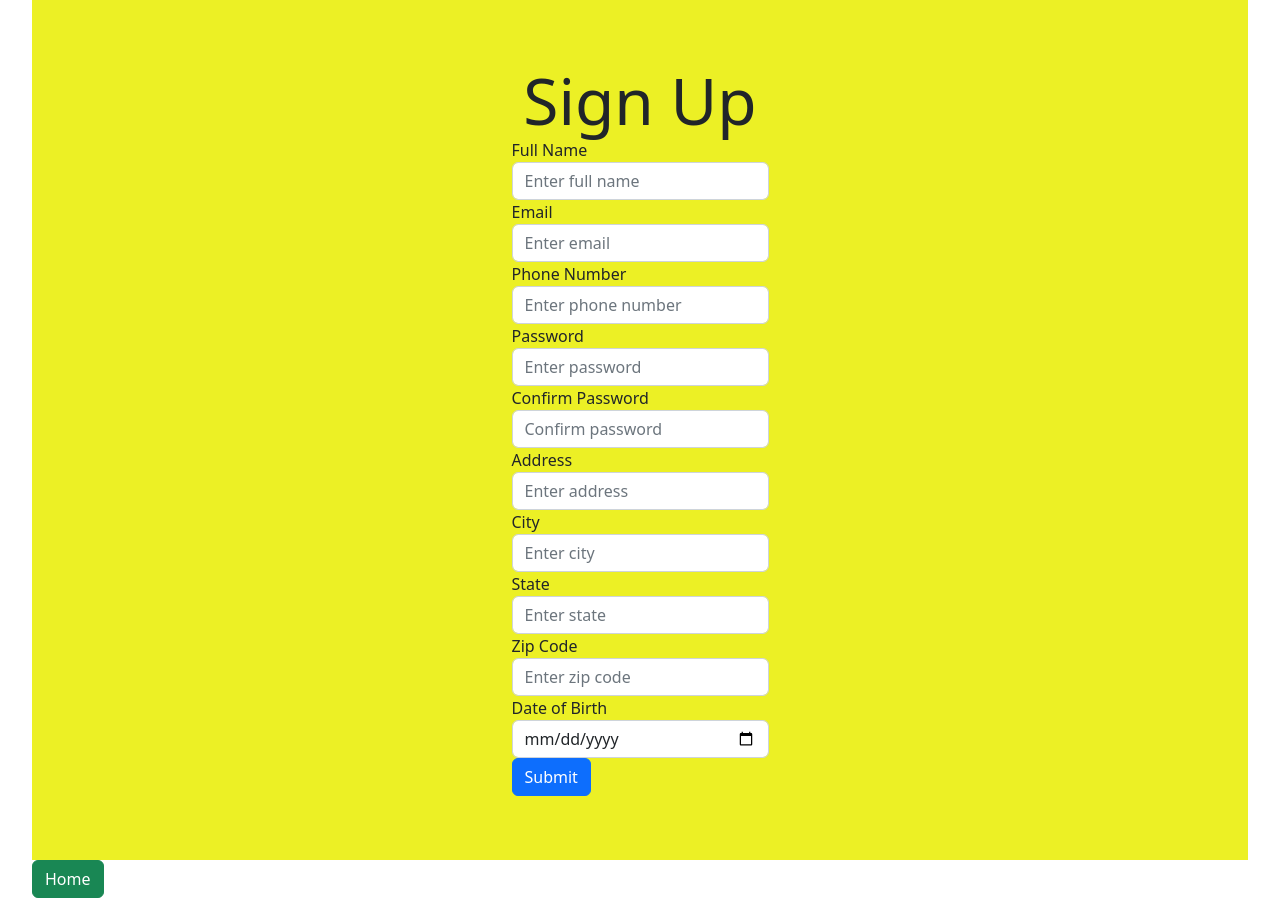
Repository: collegedude9300/zenschool
Page: /SignUp
These files come from the project's save history. The page is drawn as it stood at one moment and after the next save; the edit follows.
The browser window is 1280 px wide. The pictures show the whole page.
The project was rebuilt for these pictures with package versions that can differ from the ones it lists, and the page was loaded fresh each time. The framework's server and built-in components were replaced by stand-ins that run in the browser. Also part of the build but not shown: next.config.js.

Above is the page before, as saved 2022-11-08 14:00:06.

### pages/SignUp.js
import Head from 'next/head'
import Image from 'next/image'
import styles from '../styles/Home.module.css'
import { useState, useEffect } from 'react';
import 'bootstrap/dist/css/bootstrap.css'
import Link from 'next/link';
export default function SignUp()
{
//validate Password
const validatePassword = (password) => {
  const re = /^(?=.*[a-z])(?=.*[A-Z])(?=.*\d)[a-zA-Z\d]{8,}$/;
  return re.test(String(password));
}
//validate Email
const validateEmail = (email) => {
  const re = /^(([^<>()[\]\\.,;:\s@"]+(\.[^<>()[\]\\.,;:\s@"]+)*)|(".+"))@((\[[0-1]\d{1,2}\.[0-1]\d{1,2}\.[0-1]\d{1,2}\.[0-1]\d{1,2}\])|(([a-zA-Z\-0-9]+\.)+[a-zA-Z]{2,}))$/;
  return re.test(String(email).toLowerCase());
}
//validate  Name
const validateName = (name) => {
  const re = /^[A-Z][a-z]+(\s|,)[A-Z][a-z]{1,19}$/;
  return re.test(String(name));
}
//validate Phone Number
const validatePhoneNumber = (phoneNumber) => {
  const re = /^\d{10}$/;
  return re.test(String(phoneNumber));
}
//validate Address
const validateAddress = (address) => {
  const re = /^[0-9a-zA-Z\s,.'-]{3,}$/;
  return re.test(String(address));
}
//validate City
const validateCity = (city) => {
  const re = /^[a-zA-Z\s,.'-]{3,}$/;
  return re.test(String(city));
}
//validate State
const validateState = (state) => {
  const re = /^[a-zA-Z\s,.'-]{3,}$/;
  return re.test(String(state));
}
//validate Zip Code
const validateZipCode = (zipCode) => {
  const re = /^\d{5}$/;
  return re.test(String(zipCode));
}
//validate Date of Birth
const validateDateOfBirth = (dateOfBirth) => {
  const re = /^\d{4}-\d{2}-\d{2}$/;
  return re.test(String(dateOfBirth));
}
//check to see if the email is valid
const handleSubmit = (e) => {
  e.preventDefault();
  const email = document.getElementById("email").value;
  const name = document.getElementById("name").value;
  const phoneNumber = document.getElementById("phoneNumber").value;
  const address = document.getElementById("address").value;
  const city = document.getElementById("city").value;
  const state = document.getElementById("state").value;
  const zipCode = document.getElementById("zipCode").value;
  const dateOfBirth = document.getElementById("dateOfBirth").value;
  const password = document.getElementById("password").value;
  const confirmPassword = document.getElementById("confirmPassword").value;
  if (validateEmail(email) && validateName(name) && validatePhoneNumber(phoneNumber) && validateAddress(address) && validateCity(city) && validateState(state) && validateZipCode(zipCode)  && validateDateOfBirth(dateOfBirth) && validatePassword(password) && password === confirmPassword) {
    document.getElementById("email").value = "";
    document.getElementById("name").value = "";
    document.getElementById("phoneNumber").value = "";
    document.getElementById("address").value = "";
    document.getElementById("city").value = "";
    document.getElementById("state").value = "";
    document.getElementById("zipCode").value = "";
    document.getElementById("dateOfBirth").value = "";
    document.getElementById("password").value = "";
    document.getElementById("confirmPassword").value = "";
    alert("Thank you for signing up!");
  }
  else if (!validateName(name)) {
    alert("Please enter a valid name");
  }
  else if (!validateEmail(email)) {
    alert("Please enter a valid email");
  }
  else if (!validatePhoneNumber(phoneNumber)) {
    alert("Please enter a valid phone number");
  }
  else if (!validatePassword(password)) {
    alert("Please enter a valid password. It must contain a capital letter, and a number");
  }
  else if (password !== confirmPassword) {
    alert("Passwords do not match");
  }
  else if (!validateAddress(address)) {
    alert("Please enter a valid address");
  }
  else if (!validateCity(city)) {
    alert("Please enter a valid city");
  }
  else if (!validateState(state)) {
    alert("Please enter a valid state");
  }
  else if (!validateZipCode(zipCode)) {
    alert("Please enter a valid zip code");
  }
  else if (!validateCountry(country)) {
    alert("Please enter a valid country");
  }
  else if (!validateDateOfBirth(dateOfBirth)) {
    alert("Please enter a valid date of birth");
  }
  else {
    alert("Error");
  }
}
return (
  <div className={styles.container}>
    <Head>
      <title>Sign Up</title>
      <meta name="description" content="Generated by create next app" />
      <link rel="icon" href="/favicon.ico" />
    </Head>
    <main className={styles.main}>
      <h1 className={styles.title}>
        Sign Up
      </h1>
      <form onSubmit={handleSubmit}>
        <div className="form-group">
          <label htmlFor="name">Full Name</label>
          <input type="text" className="form-control" id="name" placeholder="Enter full name" required/>
        </div>
        <div className="form-group">
          <label htmlFor="email">Email</label>
          <input type="email" className="form-control" id="email" placeholder="Enter email" required/>
        </div>
        <div className="form-group">
          <label htmlFor="phoneNumber">Phone Number</label>
          <input type="tel" className="form-control" id="phoneNumber" placeholder="Enter phone number" required/>
        </div>
        <div className="form-group">
          <label htmlFor="password">Password</label>
          <input type="password" className="form-control" id="password" placeholder="Enter password" required/>
        </div>
        <div className="form-group">
          <label htmlFor="confirmPassword">Confirm Password</label>
          <input type="password" className="form-control" id="confirmPassword" placeholder="Confirm password" required/>
        </div>
        <div className="form-group">
          <label htmlFor="address">Address</label>
          <input type="text" className="form-control" id="address" placeholder="Enter address" required/>
        </div>
        <div className="form-group">
          <label htmlFor="city">City</label>
          <input type="text" className="form-control" id="city" placeholder="Enter city" required/>
        </div>
        <div className="form-group">
          <label htmlFor="state">State</label>
          <input type="text" className="form-control" id="state" placeholder="Enter state" required/>
        </div>
        <div className="form-group">
          <label htmlFor="zipCode">Zip Code</label>
          <input type="text" className="form-control" id="zipCode" placeholder="Enter zip code" required/>
        </div>
        <div className="form-group">
          <label htmlFor="dateOfBirth">Date of Birth</label>
          <input type="date" className="form-control" id="dateOfBirth" placeholder="Enter date of birth" required/>
        </div>
        <button type="submit" className="btn btn-primary">Submit</button>
      </form>
    </main>
      <Link legacyBehavior href="/">
        <a className="btn btn-success">Home</a>
        </Link>
  </div>
)}

### styles/Home.module.css
.container {
  padding: 0 2rem;
}
.main {
  min-height: 100vh;
  padding: 4rem 0;
  flex: 1;
  display: flex;
  flex-direction: column;
  justify-content: center;
  align-items: center;
  background-color: #ecf025;
}
.classpage {
  min-height: 100vh;
  padding: 4rem 0;
  flex: 1;
  display: flex;
  flex-direction: column;
  justify-content: center;
  align-items: center;
  background-color: #67ff02;
}
.gened {
  min-height: 100vh;
  padding: 4rem 0;
  flex: 1;
  display: flex;
  flex-direction: column;
  justify-content: center;
  align-items: center;
  background-color: #18e6db;
}
.login {
  min-height: 100vh;
  padding: 4rem 0;
  flex: 1;
  display: flex;
  flex-direction: column;
  justify-content: center;
  align-items: center;
  background-color: #ffc400;
}
.footer {
  display: flex;
  flex: 1;
  padding: 2rem 0;
  border-top: 1px solid #eaeaea;
  justify-content: center;
  align-items: center;
}

.footer a {
  display: flex;
  justify-content: center;
  align-items: center;
  flex-grow: 1;
}

.title a {
  color: #0070f3;
  text-decoration: none;
}

.title a:hover,
.title a:focus,
.title a:active {
  text-decoration: underline;
}

.title {
  margin: 0;
  line-height: 1.15;
  font-size: 4rem;
}

.title,
.description {
  text-align: center;
}

.description {
  margin: 4rem 0;
  line-height: 1.5;
  font-size: 1.5rem;
}

.code {
  background: #fafafa;
  border-radius: 5px;
  padding: 0.75rem;
  font-size: 1.1rem;
  font-family: Menlo, Monaco, Lucida Console, Liberation Mono, DejaVu Sans Mono,
    Bitstream Vera Sans Mono, Courier New, monospace;
}

.grid {
  display: flex;
  align-items: center;
  justify-content: center;
  flex-wrap: wrap;
  max-width: 800px;
}

.card {
  margin: 1rem;
  padding: 1.5rem;
  text-align: left;
  color: inherit;
  text-decoration: none;
  border: 1px solid #eaeaea;
  border-radius: 10px;
  transition: color 0.15s ease, border-color 0.15s ease;
  max-width: 300px;
}

.card:hover,
.card:focus,
.card:active {
  color: #0070f3;
  border-color: #0070f3;
}

.card h2 {
  margin: 0 0 1rem 0;
  font-size: 1.5rem;
}

.card p {
  margin: 0;
  font-size: 1.25rem;
  line-height: 1.5;
}

.logo {
  height: 1em;
  margin-left: 0.5rem;
}

@media (max-width: 600px) {
  .grid {
    width: 100%;
    flex-direction: column;
  }
}

@media (prefers-color-scheme: dark) {
  .card,
  .footer {
    border-color: #222;
  }
  .code {
    background: #111;
  }
  .logo img {
    filter: invert(1);
  }
}

Loaded but not shown: pages/_app.js (common file); styles/globals.css (common file)

After the next save:
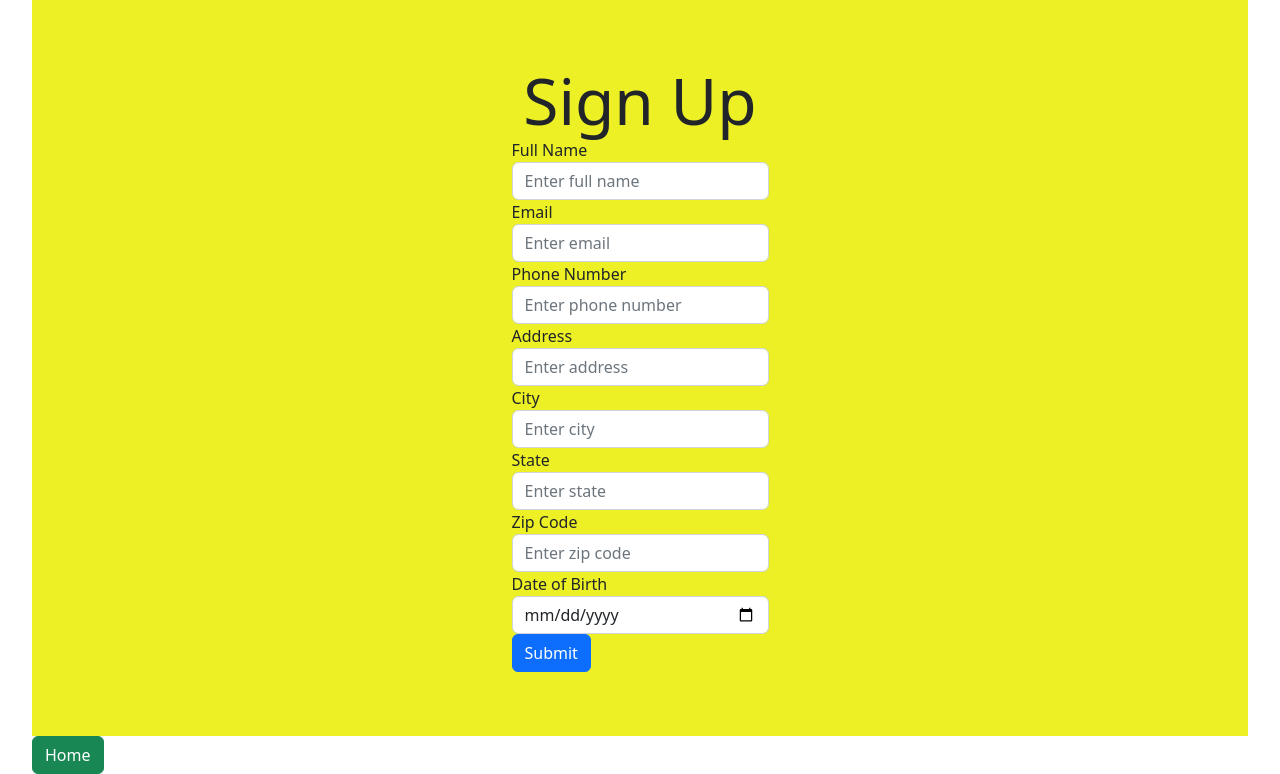
Saved 4 min 27 s later.
--- a/pages/SignUp.js
+++ b/pages/SignUp.js
@@ -6,17 +6,12 @@ import 'bootstrap/dist/css/bootstrap.css'
 import Link from 'next/link';
 export default function SignUp()
 {
-//validate Password
-const validatePassword = (password) => {
-  const re = /^(?=.*[a-z])(?=.*[A-Z])(?=.*\d)[a-zA-Z\d]{8,}$/;
-  return re.test(String(password));
-}
 //validate Email
 const validateEmail = (email) => {
   const re = /^(([^<>()[\]\\.,;:\s@"]+(\.[^<>()[\]\\.,;:\s@"]+)*)|(".+"))@((\[[0-1]\d{1,2}\.[0-1]\d{1,2}\.[0-1]\d{1,2}\.[0-1]\d{1,2}\])|(([a-zA-Z\-0-9]+\.)+[a-zA-Z]{2,}))$/;
   return re.test(String(email).toLowerCase());
 }
-//validate  Name
+//validate First Name
 const validateName = (name) => {
   const re = /^[A-Z][a-z]+(\s|,)[A-Z][a-z]{1,19}$/;
   return re.test(String(name));
@@ -62,9 +57,7 @@ const handleSubmit = (e) => {
   const state = document.getElementById("state").value;
   const zipCode = document.getElementById("zipCode").value;
   const dateOfBirth = document.getElementById("dateOfBirth").value;
-  const password = document.getElementById("password").value;
-  const confirmPassword = document.getElementById("confirmPassword").value;
-  if (validateEmail(email) && validateName(name) && validatePhoneNumber(phoneNumber) && validateAddress(address) && validateCity(city) && validateState(state) && validateZipCode(zipCode)  && validateDateOfBirth(dateOfBirth) && validatePassword(password) && password === confirmPassword) {
+  if (validateEmail(email) && validateName(name) && validatePhoneNumber(phoneNumber) && validateAddress(address) && validateCity(city) && validateState(state) && validateZipCode(zipCode)  && validateDateOfBirth(dateOfBirth)) {
     document.getElementById("email").value = "";
     document.getElementById("name").value = "";
     document.getElementById("phoneNumber").value = "";
@@ -73,8 +66,6 @@ const handleSubmit = (e) => {
     document.getElementById("state").value = "";
     document.getElementById("zipCode").value = "";
     document.getElementById("dateOfBirth").value = "";
-    document.getElementById("password").value = "";
-    document.getElementById("confirmPassword").value = "";
     alert("Thank you for signing up!");
   }
   else if (!validateName(name)) {
@@ -85,12 +76,6 @@ const handleSubmit = (e) => {
   }
   else if (!validatePhoneNumber(phoneNumber)) {
     alert("Please enter a valid phone number");
-  }
-  else if (!validatePassword(password)) {
-    alert("Please enter a valid password. It must contain a capital letter, and a number");
-  }
-  else if (password !== confirmPassword) {
-    alert("Passwords do not match");
   }
   else if (!validateAddress(address)) {
     alert("Please enter a valid address");
@@ -139,14 +124,6 @@ return (
           <input type="tel" className="form-control" id="phoneNumber" placeholder="Enter phone number" required/>
         </div>
         <div className="form-group">
-          <label htmlFor="password">Password</label>
-          <input type="password" className="form-control" id="password" placeholder="Enter password" required/>
-        </div>
-        <div className="form-group">
-          <label htmlFor="confirmPassword">Confirm Password</label>
-          <input type="password" className="form-control" id="confirmPassword" placeholder="Confirm password" required/>
-        </div>
-        <div className="form-group">
           <label htmlFor="address">Address</label>
           <input type="text" className="form-control" id="address" placeholder="Enter address" required/>
         </div>
